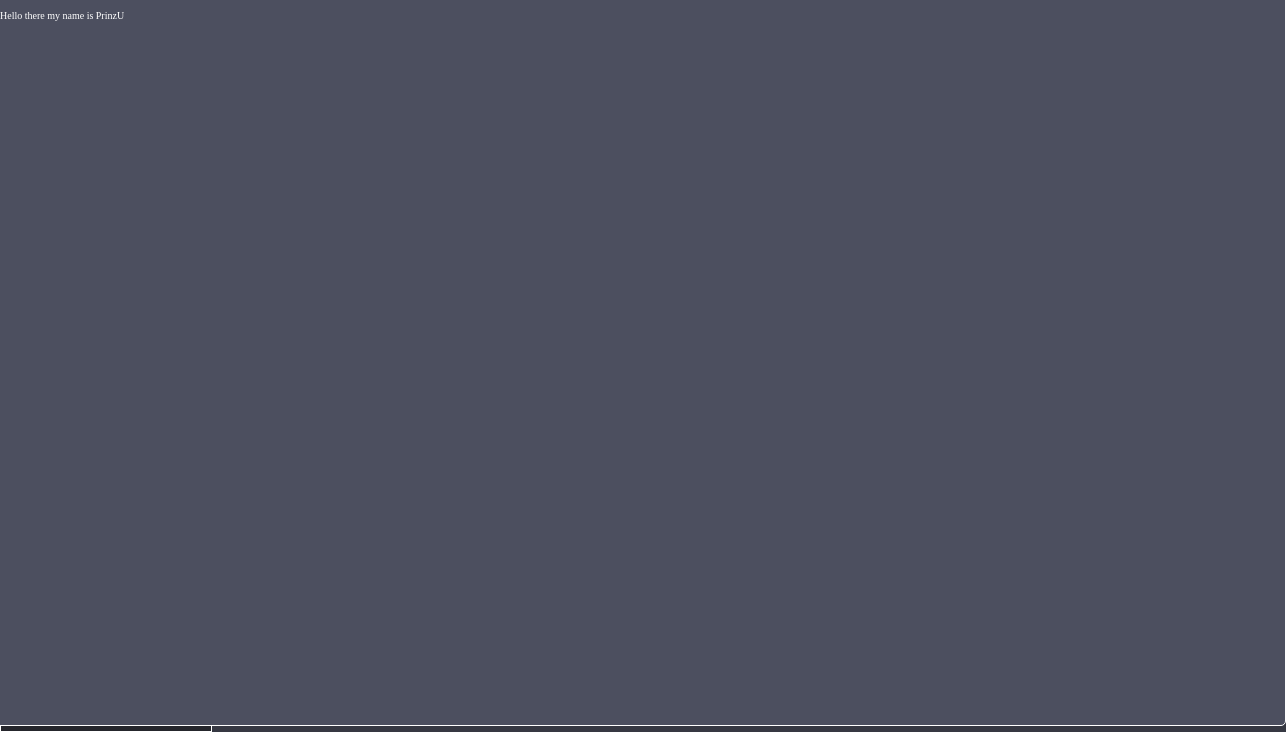
Repository: PrinzAI/PrinzAI.github.io
Page: index.html
These files come from the project's save history. The page is drawn as it stood at one moment and after the next save; the edit follows.
The browser window is 1280 px wide. The page is 1286 px wide, then 1280 px, so the pictures cover 1286 px, including what lies to the right of the window. The pictures show the whole page.
Some web fonts or font styles are not loaded; a fallback is used.

Above is the page before, as saved 2022-10-19 11:13:56.

After the next save:
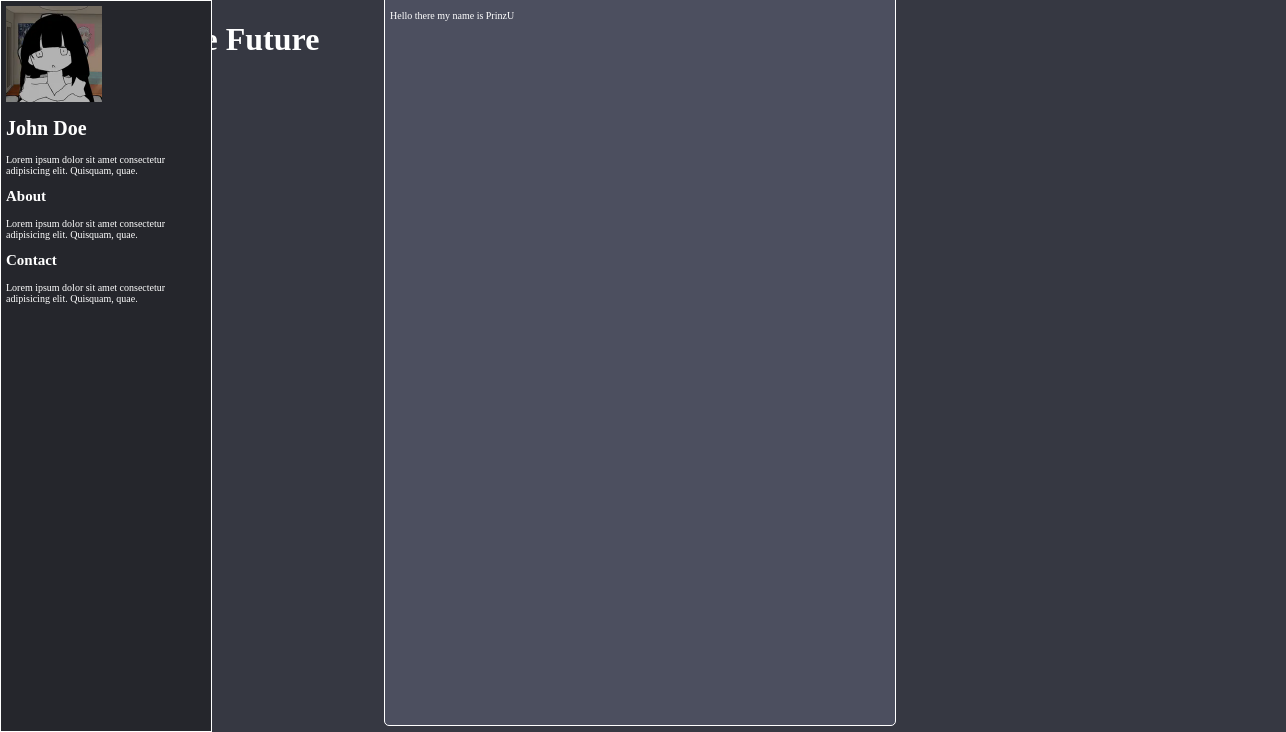
Saved 2 min 1 s later.
--- a/css/index.css
+++ b/css/index.css
@@ -30,7 +30,7 @@
     top: 50%;
     left: 50%;
     transform: translate(-50%, -50%);
-    width: 100%;
+    width: 500px;
     height: 100%;
     background-color: rgb(76, 79, 95);
     border: 1px solid white;
